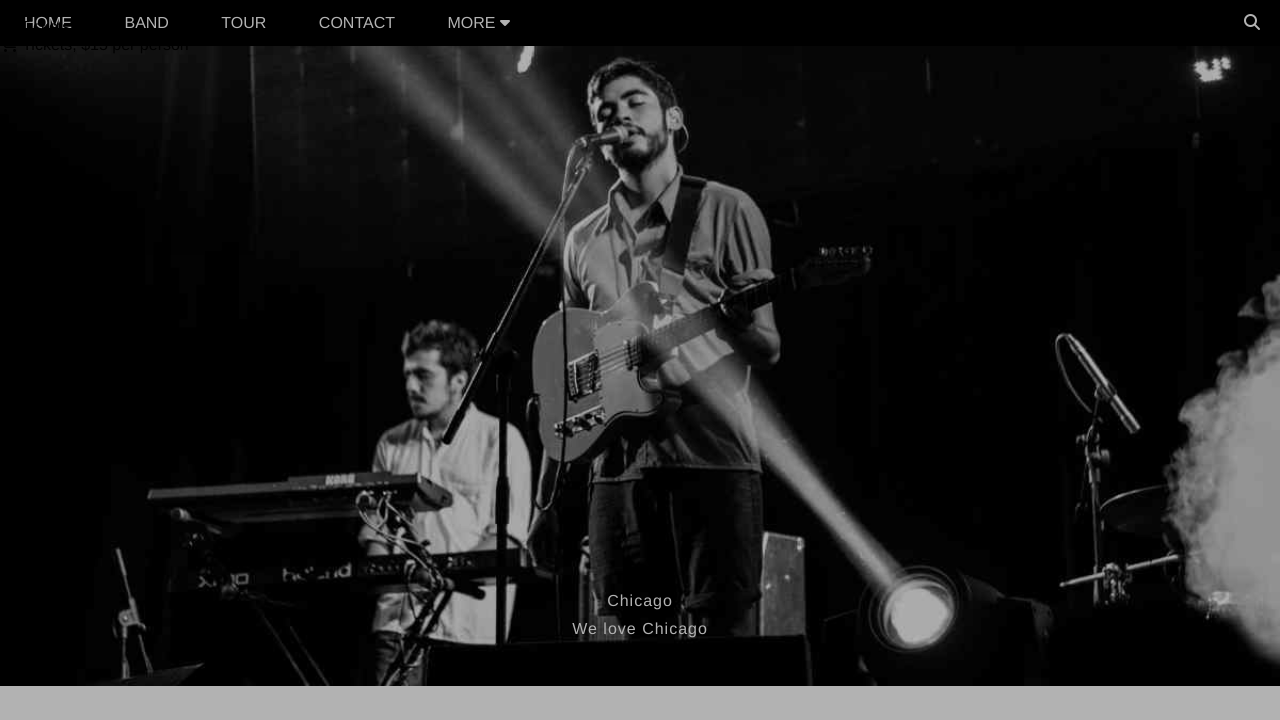
Repository: NguyenMinhChau/Theband
Page: index.html
These files come from the project's save history. The page is drawn as it stood at one moment and after the next save; the edit follows.
The browser window is 1280 px wide. The pictures show the window.
A layer covers the whole window, so only the first screen is drawn. Some web libraries are served in a nearby version.

Above is the page before, as saved 2021-10-23 12:40:04.

### index.html
<!DOCTYPE html>
<html lang="en">
<head>
    <meta charset="UTF-8">
    <meta http-equiv="X-UA-Compatible" content="IE=edge">
    <meta name="viewport" content="width=device-width, initial-scale=1.0">
    <title>THE BAND</title>
    <link rel="icon" href="https://www.w3schools.com/w3css/img_la.jpg"/>
    <script src="https://kit.fontawesome.com/a7b0f58175.js" crossorigin="anonymous"></script>
    <link rel="stylesheet" href="./assets/css/style.css">
</head>
<body>
    <div id="main">
        <div id="header">
            <!-- Begin Navigation -->
            <ul id="nav">
                <li><a href="#">Home</a></li>
                <li><a href="#">Band</a></li>
                <li><a href="#">Tour</a></li>
                <li><a href="#">Contact</a></li>
                <li><a href="#">More <i class="fas fa-caret-down"></i></a>
                    <ul class="subnav">
                        <li><a href="#">Merchandise</a></li>
                        <li><a href="#">Extras</a></li>
                        <li><a href="#">Media</a></li>
                    </ul>
                </li>
            </ul>
            <!-- End Navigation -->

            <!-- Begin Search -->
            <div class="icon-search">
                <a href="#"><i class="header-icon-search fas fa-search"></i></a>
            </div>
            <!-- End Search -->
        </div>

        <div id="slider">
            <div class="description">
                <h4>Chicago</h4>
                <p>We love Chicago</p>
            </div>
        </div>

        <div id="content">
            <!-- section: dành cho những phần dùng chung -->
            <!-- ABOUT SECTION -->
            <div class="content-section">
                <h2 class="section-heading">The Band</h2>
                <p class="section-subheading">We love music</p>
                <p class="about-text">We have created a fictional band website. Lorem ipsum dolor sit amet, consectetur adipiscing elit, sed do eiusmod tempor incididunt ut labore et dolore magna aliqua. Ut enim ad minim veniam, quis nostrud exercitation ullamco laboris nisi ut aliquip ex ea commodo consequat. Duis aute irure dolor in reprehenderit in voluptate velit esse cillum dolore eu fugiat nulla pariatur. Excepteur sint occaecat cupidatat non proident, sunt in culpa qui officia deserunt mollit anim id est laborum consectetur adipiscing elit, sed do eiusmod tempor incididunt ut labore et dolore magna aliqua. Ut enim ad minim veniam, quis nostrud exercitation ullamco laboris nisi ut aliquip ex ea commodo consequat.</p>
                <div class="members-list">
                    <div class="member-item">
                        <p class="member-name">Name</p>
                        <img src="./assets/img/about_member01.jpg" alt="" class="member-avata">
                    </div>
                    <div class="member-item">
                        <p class="member-name">Name</p>
                        <img src="./assets/img/about_member01.jpg" alt="" class="member-avata">
                    </div>
                    <div class="member-item">
                        <p class="member-name">Name</p>
                        <img src="./assets/img/about_member01.jpg" alt="" class="member-avata">
                    </div>
                    <div class="clear"></div>
                </div>
            </div>

            <!-- TOUR SECTION -->
            <div class="tour-section">
                <div class="content-section">
                    <h2 class="section-heading text-white">Tours Dates</h2>
                    <p class="section-subheading text-white">Remember to book your tickets!</p>
                    <ul class="tickets-list">
                        <li>September <span class="sold-out">Sold out</span></li>
                        <li>October <span class="sold-out">Sold out</span></li>
                        <li>November <span class="quantity">3</span></li>
                    </ul>
                    <div class="places-list">
                        <div class="place-item">
                            <img src="./assets/img/tour_place01.jpg" alt="New York" class="place-img">
                            <div class="place-body">
                                <h3 class="place-heading">New York</h3>
                                <p class="place-time">Fri 27 Nov 2016</p>
                                <p class="plave-desc">Praesent tincidunt sed tellus ut rutrum sed vitae justo.</p>
                                <a href="#" class="place-buy-btn">Buy Tickets</a>
                            </div>
                        </div>
                        <div class="place-item">
                            <img src="./assets/img/tour_place_02.jpg" alt="New York" class="place-img">
                            <div class="place-body">
                                <h3 class="place-heading">Paris</h3>
                                <p class="place-time">Sat 28 Nov 2016</p>
                                <p class="plave-desc">Praesent tincidunt sed tellus ut rutrum sed vitae justo.</p>
                                <a href="#" class="place-buy-btn">Buy Tickets</a>
                            </div>
                        </div>
                        <div class="place-item">
                            <img src="./assets/img/tour_place_03.jpg" alt="New York" class="place-img">
                            <div class="place-body">
                                <h3 class="place-heading">San Francisco</h3>
                                <p class="place-time">Sun 29 Nov 2016</p>
                                <p class="plave-desc">Praesent tincidunt sed tellus ut rutrum sed vitae justo.</p>
                                <a href="#" class="place-buy-btn">Buy Tickets</a>
                            </div>
                        </div>
                        <div class="clear"></div>
                    </div>
                </div>
            </div>

            <!-- CONTACT SECTION -->
            <div class="content-section">
                <h2 class="section-heading">Contact</h2>
                <p class="section-subheading">Fan? Drop a note!</p>
            </div>
        </div>

        <div id="footer">

        </div>
    </div>
    <!-- BEGIN MODEL -->
    <div class="modal">
        <div class="modal-container">
            <div class="modal-close">
                <i class="far fa-window-close"></i>
            </div>

            <header class="modal-header">
                <i class="fas fa-briefcase"></i> Tickets
            </header>

            <div class="modal-body">
                <label for="" class="modal-label">
                    <i class="fas fa-shopping-cart"></i>
                    Tickets, $15 per person
                </label>

            </div>
        </div>
    </div>
    <!-- END MODAL -->
    <script src="assets/js/main.js"></script>
</body>
</html>

### assets/css/style.css
:root{
    --header-height: 46px;
}
*{
    box-sizing: border-box;
    margin: 0;
    padding: 0;
}

html{
    font-family: Helvetica, Arial, sans-serif;
}

.clear{
    clear: both;
}

.text-white{
    color: #fff !important;
}

/* BEGIN CSS HEADER */
#header{
    height: var(--header-height);
    background-color: #000;
    position: fixed;
    top: 0;
    left: 0;
    right: 0;
}

#nav{
    display: inline-block;
}

#nav,
#subnav{
    list-style-type: none;
}

#nav li{
    display: inline-block;
    position: relative;
}

#nav > li > a{
    color: #fff;
    text-transform: uppercase;
}

#nav li a {
    text-decoration: none;
    line-height: var(--header-height);
    padding: 0 24px;

    display: block;
}

#nav > li:hover > a,
#nav .subnav li:hover a {
    color: #000;
    background-color: #ccc;
}

#nav > li:hover .subnav{
    display: block;
}

#nav .subnav{
    display: none;
    position: absolute;
    background-color: #fff;
    box-shadow: 0 0 10px rgba(0,0,0,0.3);
    color: #000;
    top: 100%;
    left: 0;
}

#nav .subnav li a{
    color: #000;
    padding: 0 12px;
    line-height: 38px;
    min-width: 160px;
}

#nav .subnav li{
    display: block;
}

#header .icon-search{
    /* position: absolute;
    top: 0;
    right: 0; */
    float: right;
    line-height: var(--header-height);
    padding: 0 20px;
}

#header .icon-search a{
    text-decoration: none;
}

#header .icon-search:hover{
    background-color: rgb(255, 39, 39);
    cursor: pointer;
}

#header .icon-search .header-icon-search{
    color: #fff;
}
/* END CSS HEADER */


/* BEGIN CSS SLIDER */
#slider{
    position: relative;
    margin-top: var(--header-height);
    /* Kỹ thuật tạo ảnh không bị méo khi thay đổi kích thước */
    padding-top: 50%; /* % là theo chiều ngang của chính nó*/

    /* Khi dùng padding như trên -> ta dùng bg-image để tạo ảnh vì có thể đổ ảnh từ padding */
    background: url('../img/slider_band_chicago.jpg') no-repeat center / cover;
    z-index: -1;
}

#slider .description{
    position: absolute;
    bottom: 0;
    left: 50%;
    transform: translateX(-50%);

    color: #fff;
    text-align: center;
    margin-bottom: 48px;
    letter-spacing: 1px;
}

#slider .description h4,
#slider .description p{
    text-shadow: 0 0 10 rgba(0,0,0,0.5);
}

#slider .description h4{
    font-weight: 540;
    padding: 10px 0;
}
/* END CSS SLIDER */

/* BEGIN CSS CONTENT */
/* CSS ABOUT */
#content .content-section{
    width: 800px;
    margin: auto;
    padding: 64px 0;
}

#content .section-heading,
#content .section-subheading{
    text-align: center;
}

#content .section-heading{
    font-size: 30px;
    font-weight: 500;
    text-transform: uppercase;
    letter-spacing: 4px;
}

#content .section-subheading{
    font-size: 15px;
    font-style: italic;
    margin: 25px 0;
    opacity: 0.7;
}

#content .about-text{
    text-align: justify;
    font-size: 15px;
    line-height: 1.4;
}

#content .members-list{
    margin-top: 48px;
}

#content .member-item{
    float: left;
    text-align: center;
    width: calc(100% / 3);
}

#content .member-name{
    font-size: 15px;
}

#content .member-avata{
    margin-top: 15px;
    width: 154px;
    border-radius: 5px;
}

/* CSS TOUR */
#content .tour-section{
    background-color: #000;
}

#content .tickets-list{
    background-color: #fff;
    margin: 40px 0;
    list-style: none;
}

#content .tickets-list li{
    font-size: 15px;
    padding: 12px 16px;
    border-bottom: 1px solid #ddd;
    color: #757575;
}

#content .tickets-list .sold-out{
    background-color: #f44336;
    color: #fff;
    padding: 3px 4px;
    margin-left: 16px;
}

#content .tickets-list .quantity{
    float: right;
    background-color: #000;
    border-radius: 50%;
    width: 24px;
    height: 24px;
    color: #fff;
    text-align: center;
    line-height: 24px;
    margin-top: -3px;
}

#content .tour-section .places-list{
    margin: 0 -8px 48px;
}

#content .place-item{
    float: left;
    width: calc(100% / 3);
    padding: 0 8px;
}

#content .place-img{
    width: 100%;
    display: block;
}

#content .place-img:hover{
    opacity: 0.7;
}

#content .place-body{
    background-color: #fff;
    padding: 16px;
    font-size: 15px;
}

#content .place-heading{
    font-weight: 550;
}

#content .place-time{
    margin: 15px 0;
    color: #757575;
}

#content .plave-desc{
    line-height: 1.4;
}

#content .place-buy-btn{
    text-decoration: none;
    background-color: #000;
    color: #fff;
    padding: 11px 16px;
    /* Khắc phục tình trạng button che thẻ description */
    display: inline-block;
    margin-top: 15px;
}

#content .place-buy-btn:hover{
    background-color: #ccc;
    color: #000;
}
/* END CSS CONTENT */


#footer{

}

/* BEGIN CSS MODAL */
.modal{
    position: fixed;
    top: 0;
    bottom: 0;
    right: 0;
    left: 0;
    background: rgba(0,0,0,0.3);
}
/* END CSS MODAL */

Loaded but not shown: assets/js/main.js (no stored copy; drawn as an empty file)

After the next save:
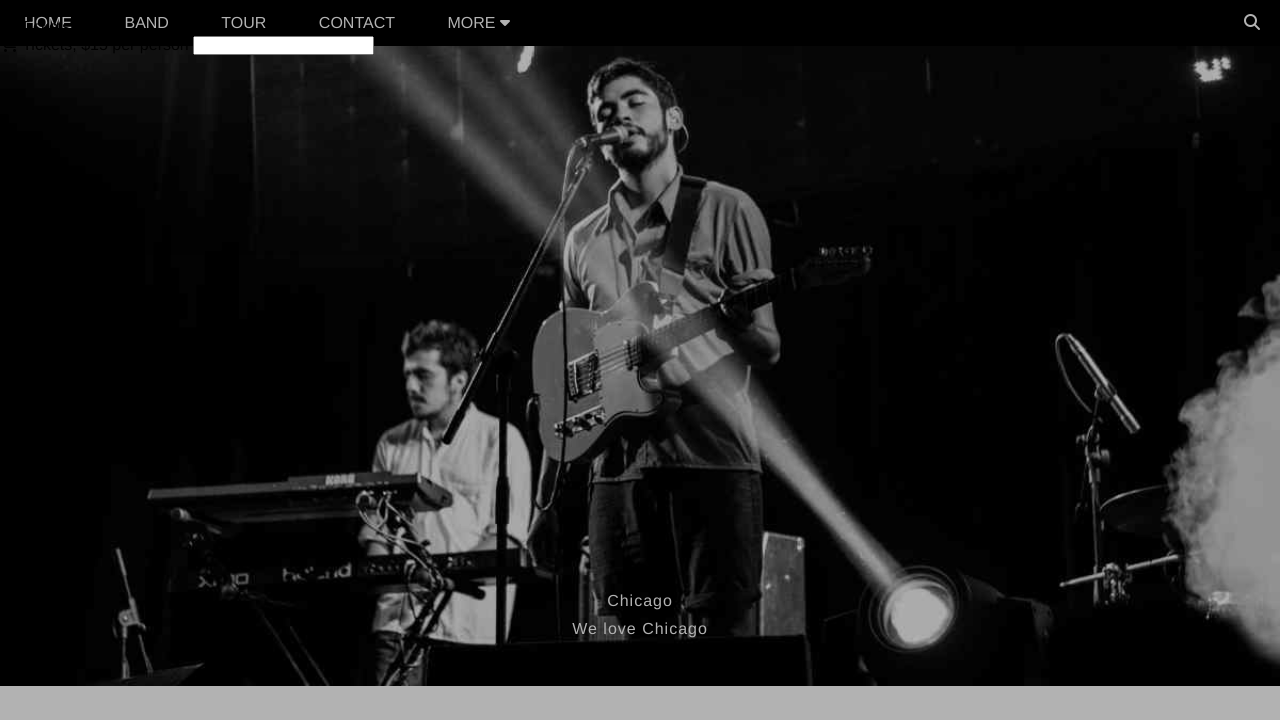
Saved 35 s later.
--- a/index.html
+++ b/index.html
@@ -136,7 +136,7 @@
                     <i class="fas fa-shopping-cart"></i>
                     Tickets, $15 per person
                 </label>
-
+                <input type="text" class="modal-input">
             </div>
         </div>
     </div>
